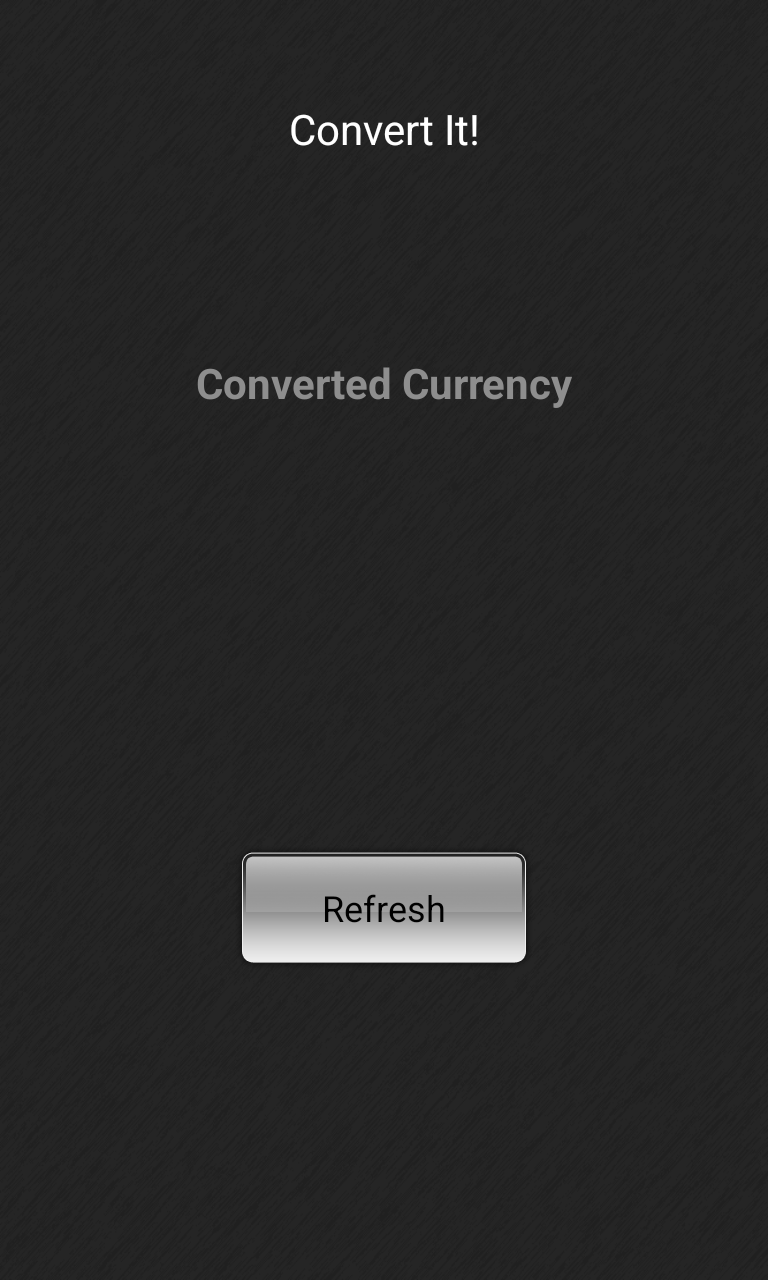
Repository: efreestone/MDF3_Freestone
Layout: ConvertIt/res/layout/activity_main.xml
An editor plug-in stored every save of this project. The layout is shown before and after the next save, followed by the edit.
It is drawn on a 768 x 1280 px phone screen (xhdpi) without system bars, with theme AppTheme; the app's code is not run.

Above is the layout before, as saved 2014-07-11 02:10:46.

After the next save:
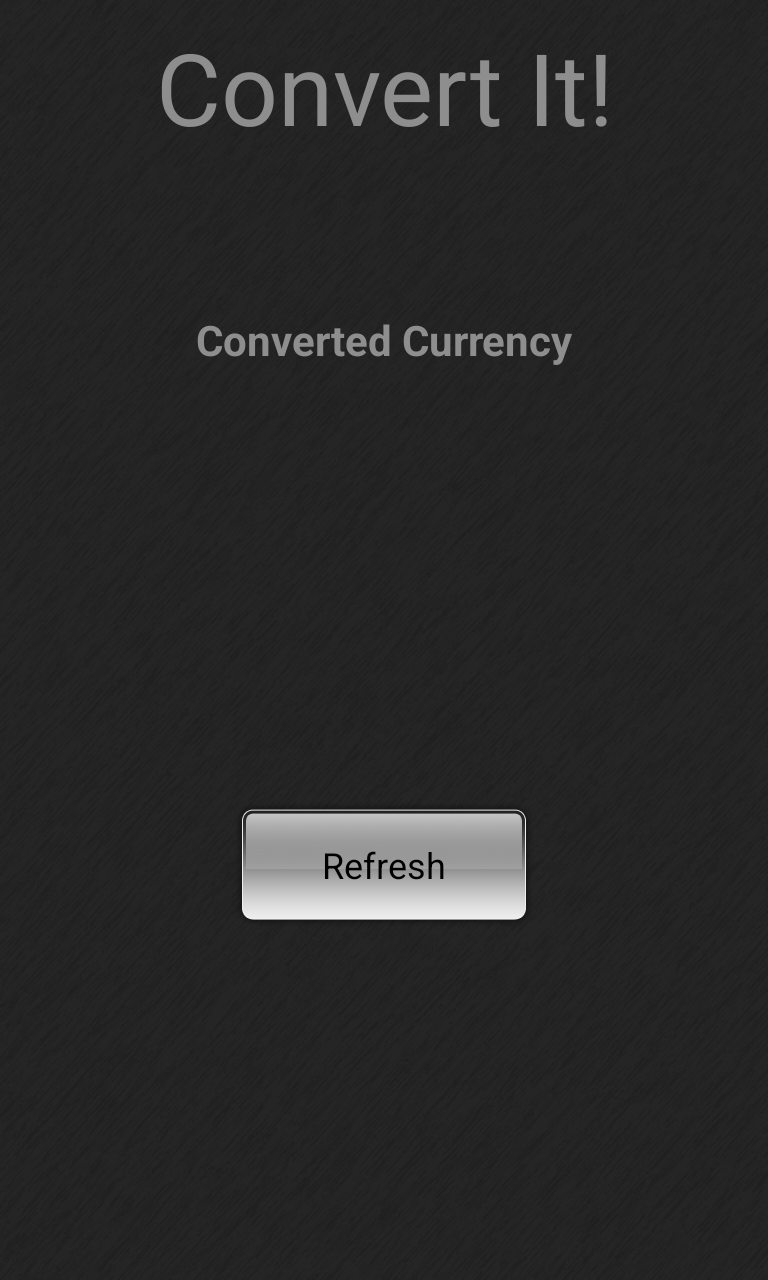
Saved 46 s later.
--- a/ConvertIt/res/layout/activity_main.xml
+++ b/ConvertIt/res/layout/activity_main.xml
@@ -11,10 +11,10 @@
         android:id="@+id/titleTV"
         android:layout_width="match_parent"
         android:layout_height="wrap_content"
-        android:layout_marginTop="50dp"
+        android:layout_marginTop="10dp"
         android:layout_marginBottom="10dp"
-        android:textSize="21sp"
-        android:textColor="#ffffff"
+        android:textSize="50sp"
+        android:textColor="#8e8e8e"
         android:gravity="center"
         android:text="@string/app_name" />
 
@@ -22,7 +22,7 @@
         android:id="@+id/usdTV"
         android:layout_width="match_parent"
         android:layout_height="wrap_content"
-        android:layout_marginTop="50dp"
+        android:layout_marginTop="30dp"
         android:layout_marginBottom="10dp"
         android:textSize="21sp"
         android:textColor="#ffffff"
